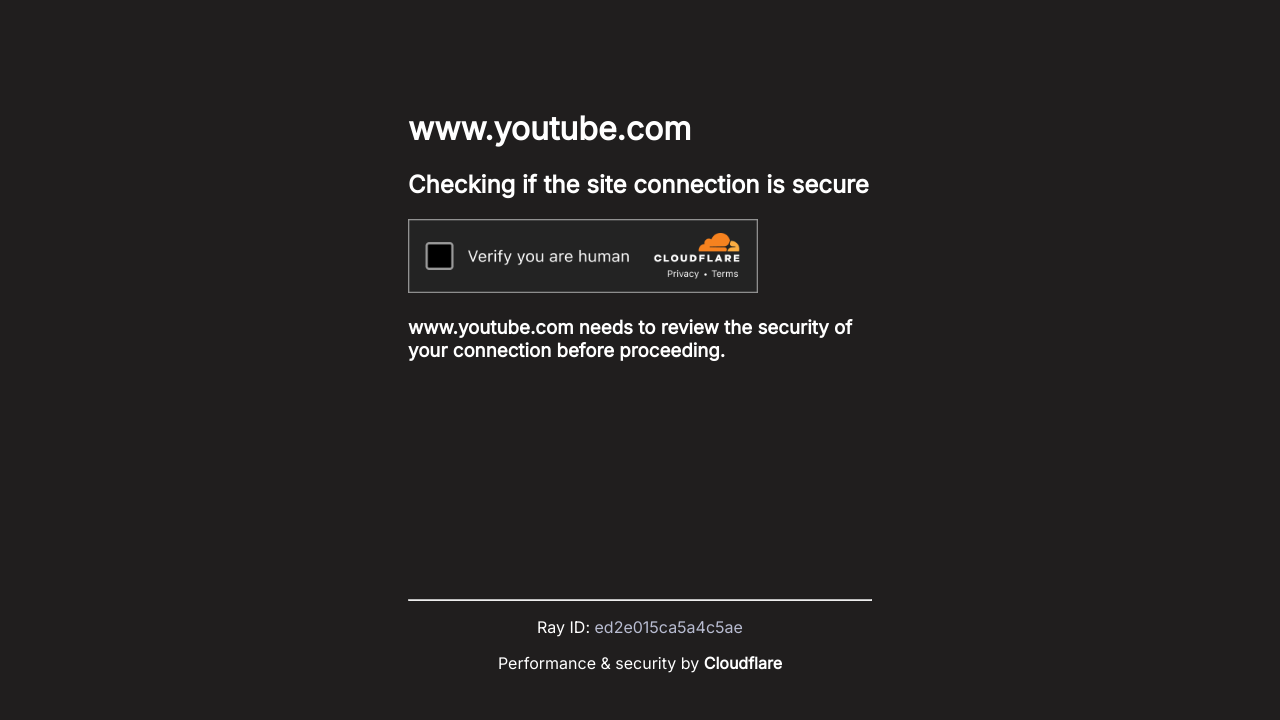
Repository: estech321/CAPTCHA-RickRoll
Page: index.html
These files come from the project's save history. The page is drawn as it stood at one moment and after the next save; the edit follows.
The browser window is 1280 px wide. The pictures show the whole page.

Above is the page before, as saved 2023-12-29 23:58:49.

### index.html
<!DOCTYPE html>
<html>
<head>
    <meta charset="UTF-8" />
    <title>Just a moment...</title>
    <link rel="preconnect" href="https://fonts.googleapis.com">
    <link rel="preconnect" href="https://fonts.gstatic.com" crossorigin>
    <link href="https://fonts.googleapis.com/css2?family=Inter&display=swap" rel="stylesheet">
    <style>
        body {
            font-family: 'Inter', sans-serif;
            color: rgb(255, 255, 255);
            background-color: #201E1E;
            padding-right: 400px;
            padding-left: 400px;
        }
        main {
            padding-top: 80px;
            padding-bottom: 50px;
        }
        footer {
            margin-bottom: 0%;
        }
        blue {
            color: #B8BCD1;
        }
        /* Solid border */
        hr.solid {
        border-top: 1px solid #bbb;
        }
    </style>
</head>
<body>
    <main>
        <h1>www.youtube.com</h1>
        <h2>Checking if the site connection is secure</h2>
        <a href="https://bit.ly/rryt"><img src="verify.png" width="350" height="auto"/></a>
        <h3>www.youtube.com needs to review the security of your connection before proceeding.</h3>
    </main>
    <footer>
        <center>
            <br><br><br><br><br><br><br><br>
            <hr class="solid">

            <p>Ray ID: <blue>ed2e015ca5a4c5ae</blue></p>
            <p>Performance & security by <strong>Cloudflare</strong></p>
        </center>
    </footer>
</body>
</html>

After the next save:
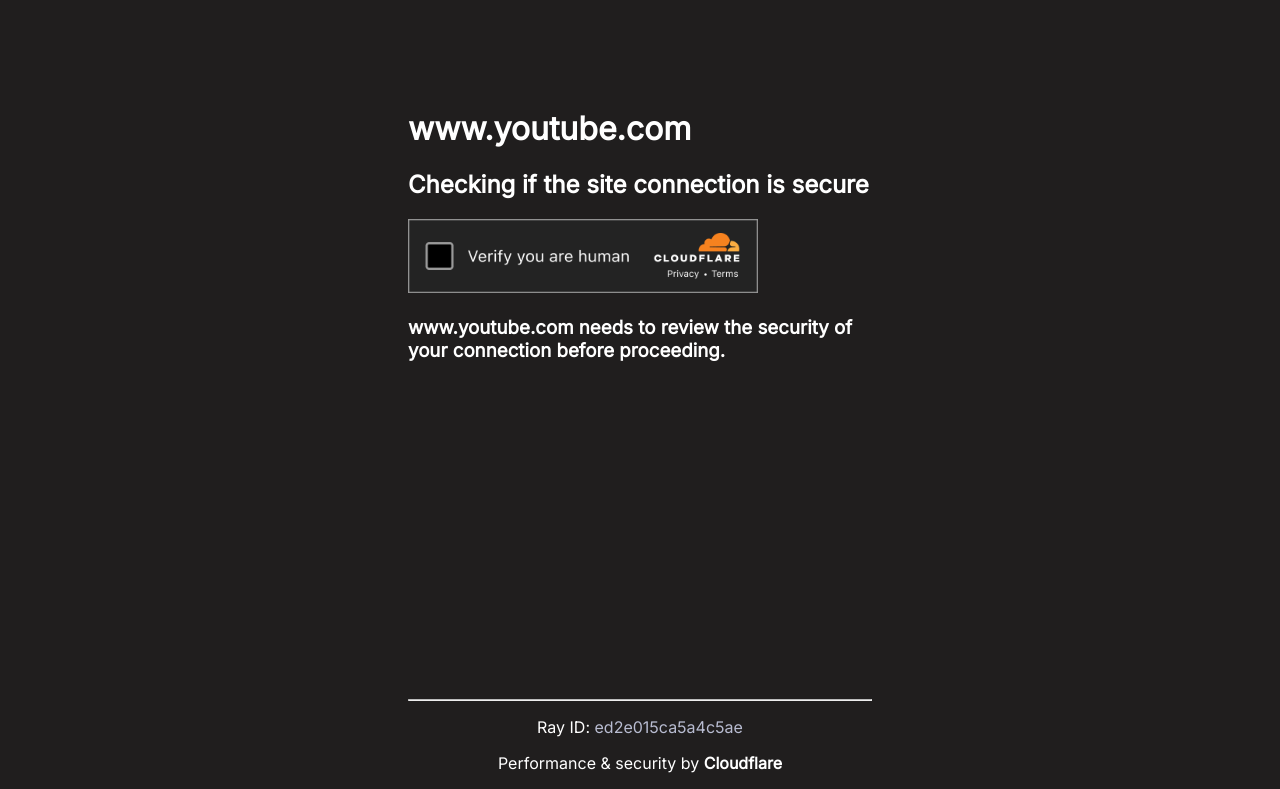
Saved 13 s later.
--- a/index.html
+++ b/index.html
@@ -39,9 +39,8 @@
     </main>
     <footer>
         <center>
-            <br><br><br><br><br><br><br><br>
+            <br><br><br><br><br><br><br><br><br><br><br><br><br>
             <hr class="solid">
-
             <p>Ray ID: <blue>ed2e015ca5a4c5ae</blue></p>
             <p>Performance & security by <strong>Cloudflare</strong></p>
         </center>
